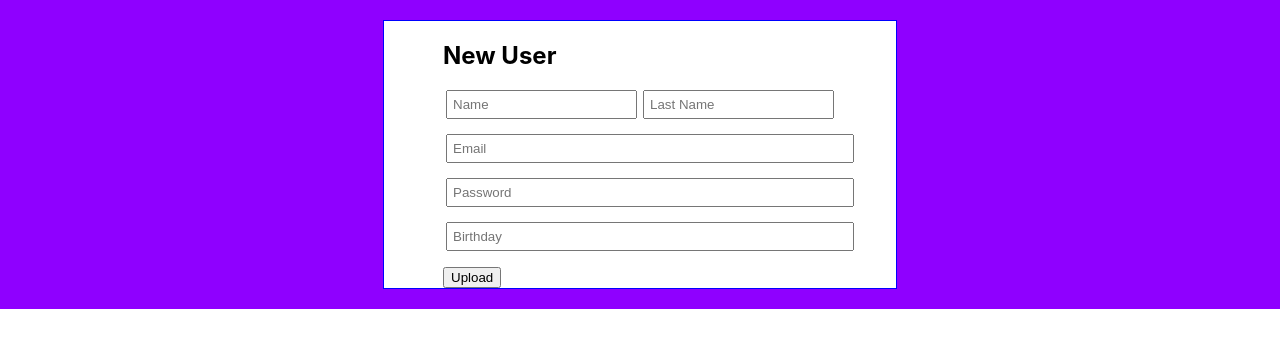
Repository: RobertAries28/CrudUsuarios
Page: /
An editor plug-in stored every save of this project. The page is shown before and after the next save, followed by the edit.
The browser window is 1280 px wide. The pictures show the whole page.
The page's requests for data from a server got no answer. The project was rebuilt for these pictures with package versions that can differ from the ones it lists, and the page was loaded fresh each time. No one was signed in, and anything a server would have sent is missing.

Above is the page before, as saved 2022-05-23 19:14:18.

### src/App.js

import axios from 'axios';
import { useEffect, useState } from 'react';
import './App.css';
import UsersForm from './UsersForm';
import UsersList from './UsersList';

const App=()=> {

  const [users,setUsers]= useState([])
  useEffect(()=>{
    axios.get('https://users-crud1.herokuapp.com/users/')
    .then(res=>setUsers(res.data))

  },[]);
  console.log(users)
  return (
    <div className="App">
     <UsersList users={users}/>
     <UsersForm/>
    </div>
  );
}

export default App;

### src/App.css
.App{
  background: #8F00FF;
  height: 100%;
  padding: 20px 0;
}

ul{
  list-style: none;
  padding: 0;
  margin: 0 0;



}

.users{
  border-radius: 20px;
  margin: auto;
  width: 50%;
  display: flex;
  justify-content: space-around;
  align-items: center;
  border: 1px solid blue;
  background: white;
  padding: 20px 0;
}

.formUser{
  display: flex;
  flex-direction: column;
  justify-content: center;
  align-items: center;
  border: 1px solid blue;
  background: white;
  margin: auto;
  width: 40%;
}

input{
padding: 5px;
margin: 0 3px;


}

.date{
  width: 100%;
}
label{
  margin: 2px;
}


.dateUsers{
  margin: 15px 0;
}

### src/UsersForm.js
import React, { useEffect, useState } from 'react';
import './App.css';

const UsersForm = ({addUsers,updateUsers,userEdit,selectUsers}) => {

        const [name,setName]= useState("");

        const [lastName, setLatName] = useState("");
        const [email,setEmail]= useState("");


        const [birthday, setBirthday] = useState("")
        const [password, setPassword] = useState("")

      useEffect(()=>{
          console.log("Cambio productEdit")

          if(userEdit){
              setName(userEdit.name);
              setLatName(userEdit.lastName);
              setEmail(userEdit.email)
              setBirthday(userEdit.birthday)
              setPassword(userEdit.password)
          } else{
              setName("");
              setLatName("");
              setEmail("");
              setBirthday("");
              setPassword("")
          }
      },[userEdit])

        const submit=(e)=>{
            e.preventDefault();
            const user={

                name:name,
                lastName:lastName,
              email:email,
              birthday:birthday,
              password:password
            }

           if(userEdit){
               user.id= userEdit.id
             updateUsers(user);
           }else{

            addUsers(user)
        }



        }
        return (
            <div className='formUser'>
                <form onSubmit={submit}>
                  <h2>New User</h2>
                <div className='dateUsers'>

                      <input placeholder='Name' type="text"
                             id="name"
                             onChange={e=> setName(e.target.value)}
                                 value={name}
                             />


                      <input placeholder='Last Name' type="text"
                             id="lastname"
                             onChange={e=> setLatName(e.target.value)}
                                 value={lastName}
                             />
                  </div>

                  <div className='dateUsers'>

                      <input placeholder='Email' className='date' type="email"
                             id="email"
                             onChange={e=> setEmail(e.target.value)}
                                 value={email}
                             />
                  </div>

                  <div className='dateUsers'>

                      <input placeholder='Password' className='date' type="password"
                      id='password'
                      onChange={e=> setPassword(e.target.value)}
                      value={password} />
                  </div>

                  <div className='dateUsers'>

                      <input placeholder='Birthday' className='date' type="text"
                      id='birthday'
                      onChange={e=> setBirthday(e.target.value)}
                      value={birthday} />
                  </div>



                  <button >Upload</button>

                  {
                      userEdit &&
                      <button type='button'
                        onClick={()=> selectUsers(null)}
                      >Cancelar</button>
                  }
                </form>
            </div>
    );
}

export default UsersForm;

### src/UsersList.js
import React from 'react';
import './App.css';

const UsersList = ({users,removeProduct,selecProduct}) => {
    return (
        <div className='infoUsers'>
               <ul>
                {
                    users.map(user=>(
                        <li className='users' style={{marginBottom:"10px"}} key={user.id}>
                            <ul>
                                <li><b>Nombre: </b>{user.first_name}</li>
                                <li><b>Apellido: </b>{user.last_name}</li>
                                <li><b>Email: </b>{user.email}</li>
                                <li><b>Brithday: </b>{user.birthday}</li>
                            </ul>
                            <div className='button'>
                            <button onClick={()=>removeProduct(user.id)}>Eliminar</button>
                       <button onClick={()=>selecProduct(user)}>Actualizar</button>
                       </div>
                        </li>
                    ))
                }
            </ul>
        </div>
    );
}

export default UsersList;

Loaded but not shown: public/index.html (common file); src/index.js (common file); src/index.css (common file); src/reportWebVitals.js (common file)

After the next save:
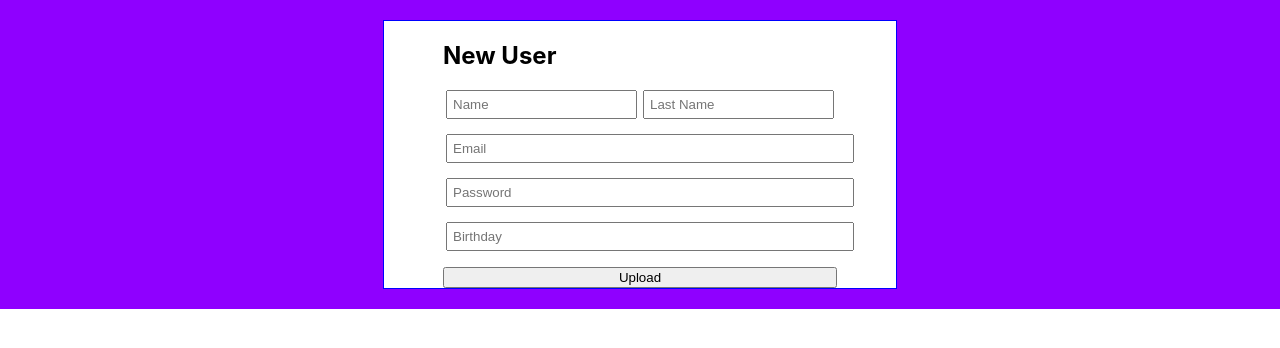
Saved 20 s later.
--- a/src/App.css
+++ b/src/App.css
@@ -43,6 +43,10 @@ margin: 0 3px;
 
 }
 
+button{
+  width: 100%;
+}
+
 .date{
   width: 100%;
 }
